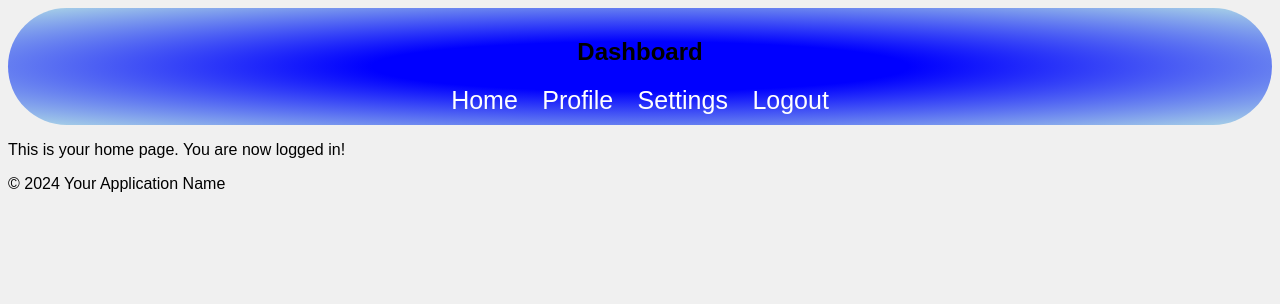
Repository: SriramulaNamithaReddy/Internship_projects
Page: http://localhost/home
An editor plug-in stored every save of this project. The page is shown before and after the next save, followed by the edit.
The browser window is 1280 px wide. The pictures show the whole page.
The page is this project's Thymeleaf template; nobody is signed in. The template is opened directly, without the code that normally fills it, so the values that code supplies are empty.

Above is the page before, as saved 2024-10-12 07:14:26.

After the next save:
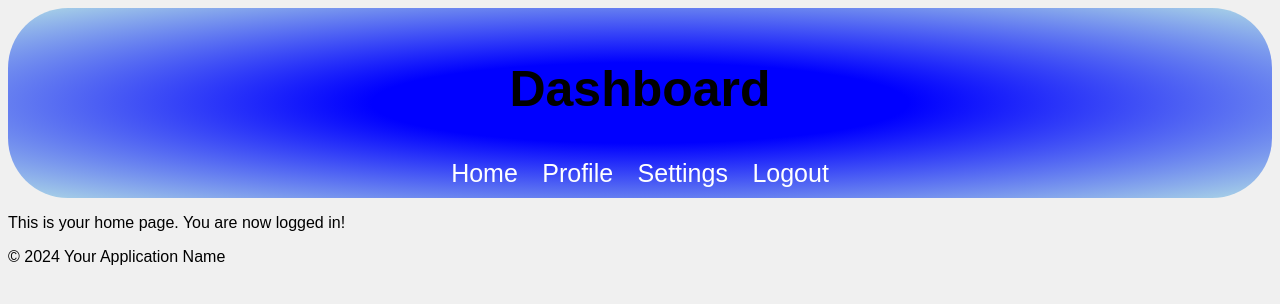
Saved 48 s later.
--- a/SecureUserAuthentication/src/main/resources/templates/home.html
+++ b/SecureUserAuthentication/src/main/resources/templates/home.html
@@ -15,6 +15,9 @@
 			background:radial-gradient(rgb(0, 0, 255) 30%,lightblue);
 	        border-radius:60px;
 	        padding:10px;
+		}
+		h2{
+			font-size:50px ;
 		}
 		.navlink{
 			text-decoration: none;
